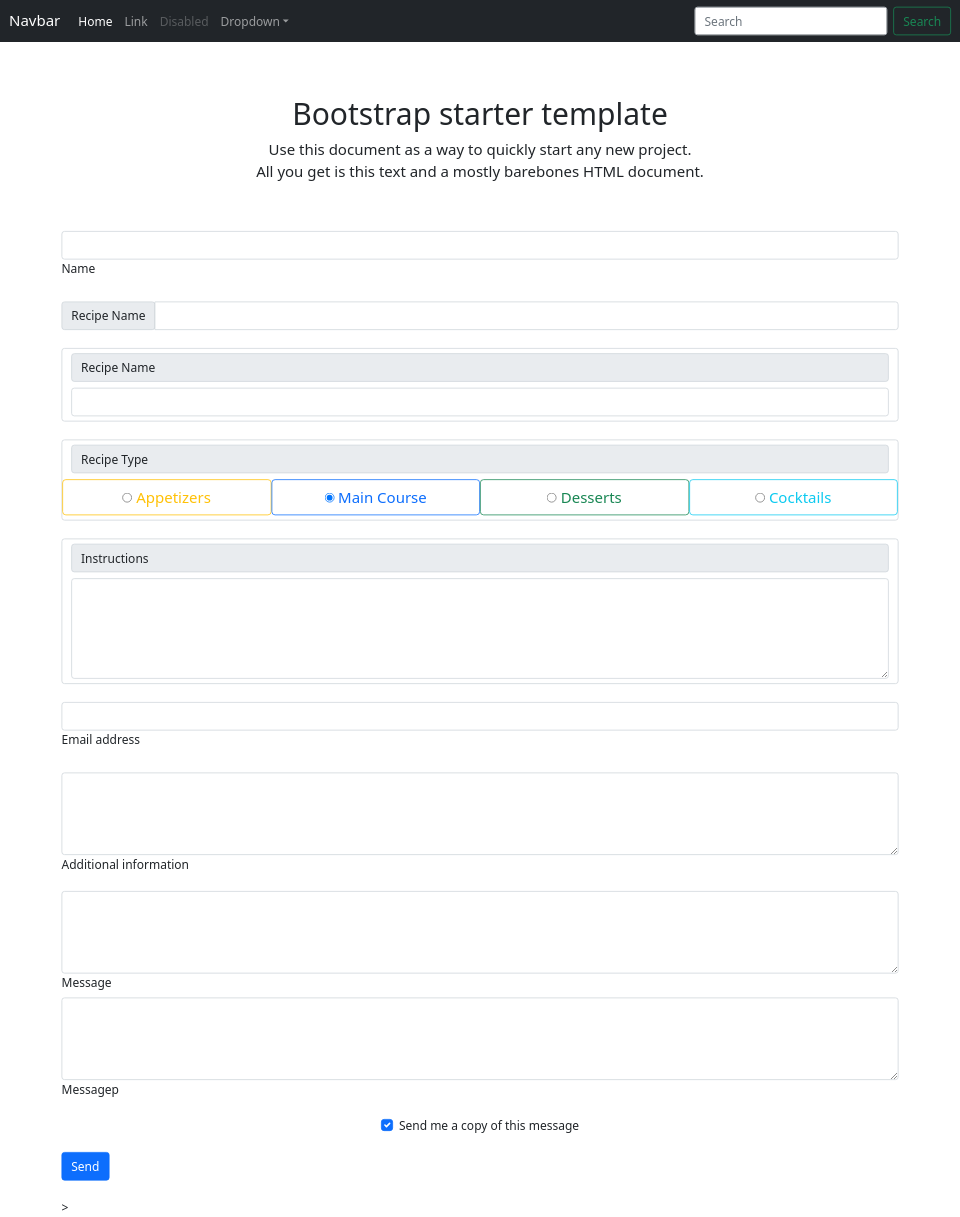
Repository: jerrywthompson/createRecipeWebpageHTML
Page: index.html
The author's editor kept a copy of each file at every save. The page is drawn from the files as they stood at one save, then again after the next save.
The browser window is 1280 px wide. The pictures show the whole page, at 75% of full size.

Above is the page before, as saved 2021-02-23 23:06:57.

### index.html
<!doctype html>
<html lang="en">
    <head>
        <meta charset="utf-8">
        <meta name="viewport" content="width=device-width, initial-scale=1">
        <meta name="description" content="">
        <meta name="author" content="Mark Otto, Jacob Thornton, and Bootstrap contributors">
        <meta name="generator" content="Hugo 0.80.0">
        <title>Starter Template · Bootstrap v5.0</title>

        <link rel="canonical" href="https://getbootstrap.com/docs/5.0/examples/starter-template/">



        <!-- Bootstrap core CSS -->
        <link href="../assets/dist/css/bootstrap.min.css" rel="stylesheet">

        <style>
            .bd-placeholder-img {
                font-size: 1.125rem;
                text-anchor: middle;
                -webkit-user-select: none;
                -moz-user-select: none;
                user-select: none;
            }

            @media (min-width: 768px) {
                .bd-placeholder-img-lg {
                    font-size: 3.5rem;
                }
            }
        </style>


        <!-- Custom styles for this template -->
        <link href="starter-template.css" rel="stylesheet">
    </head>
    <body>

        <nav class="navbar navbar-expand-md navbar-dark bg-dark fixed-top">
            <div class="container-fluid">
                <a class="navbar-brand" href="#">Navbar</a>
                <button class="navbar-toggler" type="button" data-bs-toggle="collapse" data-bs-target="#navbarsExampleDefault" aria-controls="navbarsExampleDefault" aria-expanded="false" aria-label="Toggle navigation">
                    <span class="navbar-toggler-icon"></span>
                </button>

                <div class="collapse navbar-collapse" id="navbarsExampleDefault">
                    <ul class="navbar-nav me-auto mb-2 mb-md-0">
                        <li class="nav-item">
                            <a class="nav-link active" aria-current="page" href="#">Home</a>
                        </li>
                        <li class="nav-item">
                            <a class="nav-link" href="#">Link</a>
                        </li>
                        <li class="nav-item">
                            <a class="nav-link disabled" href="#" tabindex="-1" aria-disabled="true">Disabled</a>
                        </li>
                        <li class="nav-item dropdown">
                            <a class="nav-link dropdown-toggle" href="#" id="dropdown01" data-bs-toggle="dropdown" aria-expanded="false">Dropdown</a>
                            <ul class="dropdown-menu" aria-labelledby="dropdown01">
                                <li><a class="dropdown-item" href="#">Action</a></li>
                                <li><a class="dropdown-item" href="#">Another action</a></li>
                                <li><a class="dropdown-item" href="#">Something else here</a></li>
                            </ul>
                        </li>
                    </ul>
                    <form class="d-flex">
                        <input class="form-control me-2" type="search" placeholder="Search" aria-label="Search">
                        <button class="btn btn-outline-success" type="submit">Search</button>
                    </form>
                </div>
            </div>
        </nav>



        <div class="starter-template text-center py-5 px-3">
            <h1>Bootstrap starter template</h1>
            <p class="lead">Use this document as a way to quickly start any new project.<br> All you get is this text and a mostly barebones HTML document.</p>
        </div>
        <main class="container">
            <div class="input-section">
                <fieldset class="form-group">

                    <form action="test.php" method="post">
                        <!-- Name input -->
                        <div class="form-outline mb-4">
                            <input type="text" name="recipeName" id="form4Example1" class="form-control" />
                            <label class="form-label" for="form4Example1">Name</label>
                        </div>

                        <div class="input-group mb-4">
                            <div class="input-group-prepend">
                                <span class="input-group-text" id="inputGroup-sizing-default">Recipe Name</span>
                            </div>
                            <input type="text" name="notes" class="form-control" aria-label="Default" aria-describedby="inputGroup-sizing-default">
                        </div>

                        <div class="form-control mb-4">
                            <div class="input-group-prepend mb-2">
                                <span class="input-group-text" id="inputGroup-sizing-default">Recipe Name</span>
                            </div>
                            <input type="text" name="notes" class="form-control" aria-label="Default" aria-describedby="inputGroup-sizing-default">
                        </div>

                        <div class="form-control mb-4">
                            <div class="input-group-prepend mb-2">
                                <span class="input-group-text" id="inputGroup-sizing-default">Recipe Type</span>
                            </div>
                            <div class="btn-toolbar row pl-2">
                                <label class="btn btn-outline-warning btn-lg col-md-3">
                                    <input type="radio" name="recipeType" id="appetizers" value="appetizers" autocomplete="off" > Appetizers
                                </label>
                                <label class="btn btn-outline-primary btn-lg col-md-3">
                                    <input type="radio" name="recipeType" id="main_course" value="main_course" autocomplete="off" checked> Main Course
                                </label>
                                <label class="btn btn-outline-success btn-lg col-md-3">
                                    <input type="radio" name="recipeType" id="desserts" value="desserts" autocomplete="off"> Desserts
                                </label>
                                <label class="btn btn-outline-info btn-lg col-md-3">
                                    <input type="radio" name="recipeType" id="cocktails" value="cocktails" autocomplete="off"> Cocktails
                                </label>
                            </div>
                        </div>

                        <div class="form-control mb-4">
                            <div class="input-group-prepend mb-2">
                                <span class="input-group-text">Instructions</span>
                            </div>
                            <textarea class="form-control" name="instrucions" id="instrucions" rows="5"></textarea>
                        </div>

                        <!-- Email input -->
                        <div class="form-outline mb-4">
                            <input type="email" id="form4Example2" class="form-control" />
                            <label class="form-label" for="form4Example2">Email address</label>
                        </div>

                        <div class="form-outline mb-4">
                            <textarea class="form-control" id="form6Example7" rows="4"></textarea>
                            <label class="form-label-prepend" >Additional information</label>
                        </div>

                        <div class="form-outline">
                            <textarea class="form-control" id="textAreaExample" rows="4"></textarea>
                            <label class="form-label" for="textAreaExample">Message</label>
                          </div>

                        <!-- Message input -->
                        <div class="form-outline mb-4">
                            <textarea class="form-control" name="comments" id="form4Example3" rows="4"></textarea>
                            <label class="form-label-prepend" for="form4Example3">Messagep</label>
                        </div>

                        <!-- Checkbox -->
                        <div class="form-check d-flex justify-content-center mb-4">
                            <input
                                class="form-check-input me-2"
                                type="checkbox"
                                value=""
                                id="form4Example4"
                                checked
                                />
                            <label class="form-check-label" for="form4Example4">
                                Send me a copy of this message
                            </label>
                        </div>

                        <!-- Submit button -->
                        <button type="submit" class="btn btn-primary btn-block mb-4">Send</button>
                    </form>

</fieldset>>




                    <script src="../assets/dist/js/bootstrap.bundle.min.js"></script>


                    </body>
                    </html>
                    <a href="../flask_db4/flaskblog/templates/create_post.html"></a>

Loaded but not shown: assets/dist/css/bootstrap.min.css (library); starter-template.css (common file); assets/dist/js/bootstrap.bundle.min.js (library)

After the next save:
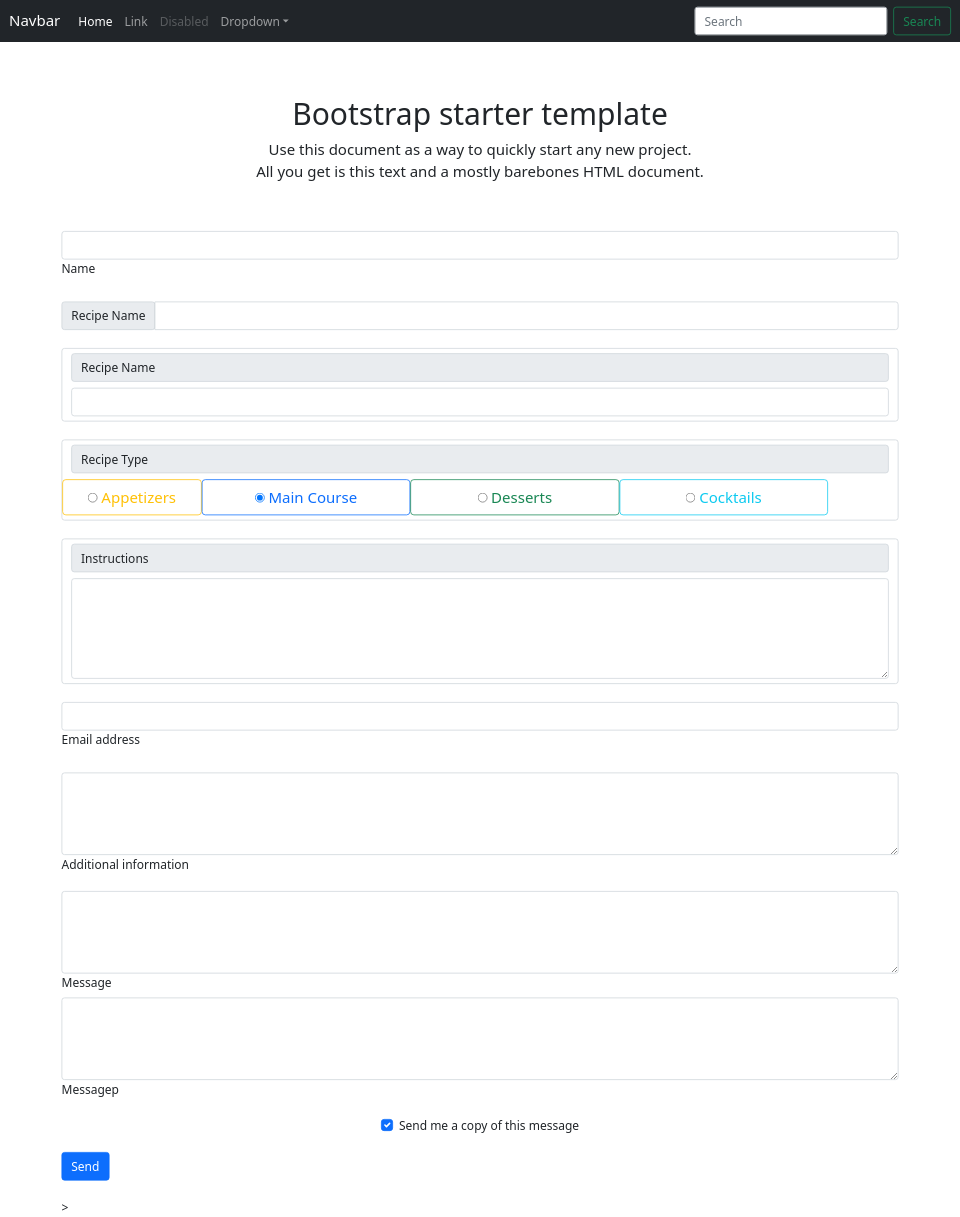
Saved 32 s later.
--- a/index.html
+++ b/index.html
@@ -107,8 +107,8 @@
                             <div class="input-group-prepend mb-2">
                                 <span class="input-group-text" id="inputGroup-sizing-default">Recipe Type</span>
                             </div>
-                            <div class="btn-toolbar row pl-2">
-                                <label class="btn btn-outline-warning btn-lg col-md-3">
+                            <div class="btn-toolbar row">
+                                <label class="btn btn-outline-warning btn-lg col-md-2">
                                     <input type="radio" name="recipeType" id="appetizers" value="appetizers" autocomplete="off" > Appetizers
                                 </label>
                                 <label class="btn btn-outline-primary btn-lg col-md-3">

After the 3 saves that followed:
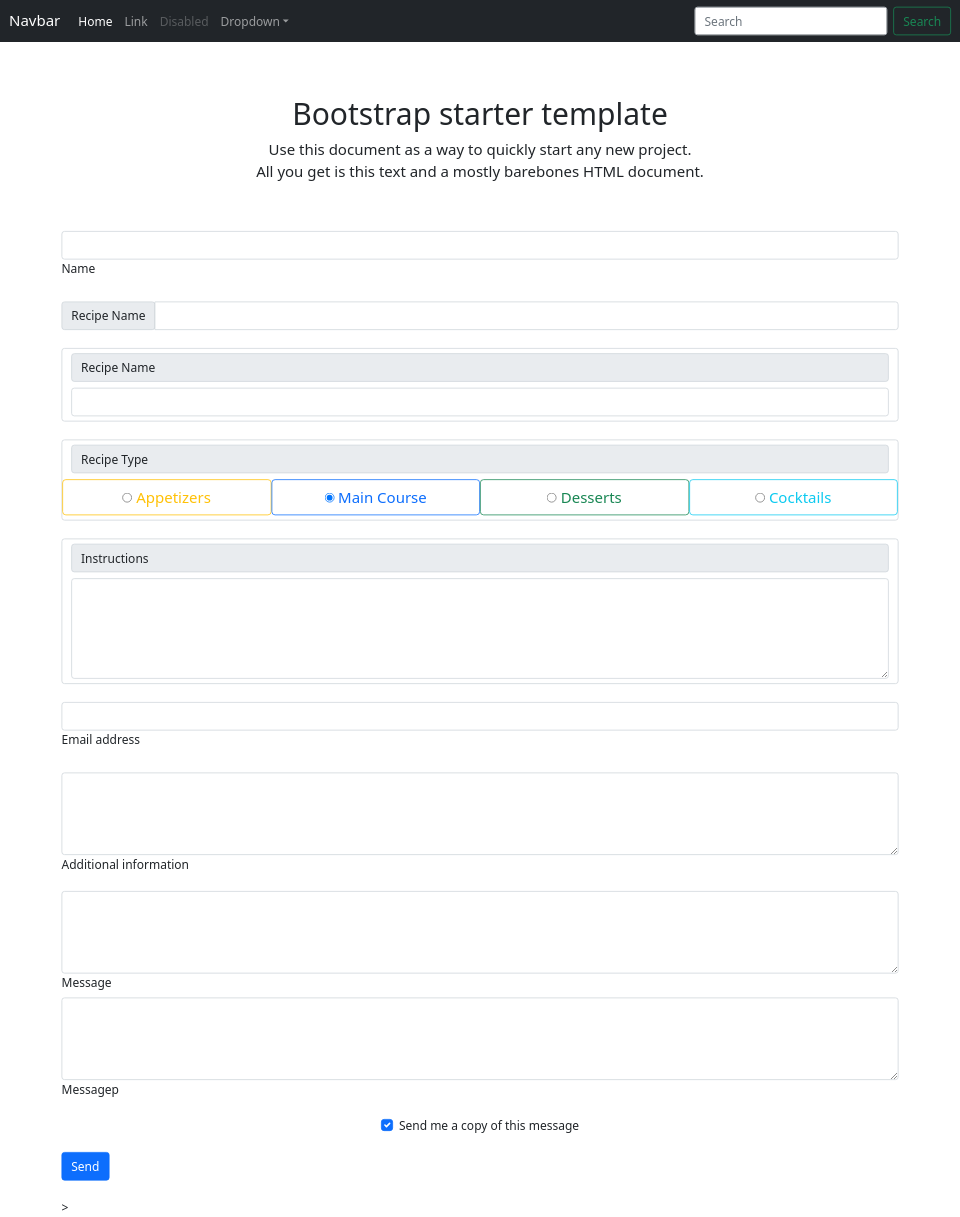
The 3 saves are shown as one change because 2 left the picture as it was.
The last was saved 78 s later.
--- a/index.html
+++ b/index.html
@@ -108,16 +108,16 @@
                                 <span class="input-group-text" id="inputGroup-sizing-default">Recipe Type</span>
                             </div>
                             <div class="btn-toolbar row">
-                                <label class="btn btn-outline-warning btn-lg col-md-2">
+                                <label class="btn btn-outline-warning btn-lg col-lg-3">
                                     <input type="radio" name="recipeType" id="appetizers" value="appetizers" autocomplete="off" > Appetizers
                                 </label>
-                                <label class="btn btn-outline-primary btn-lg col-md-3">
+                                <label class="btn btn-outline-primary btn-lg col-lg-3">
                                     <input type="radio" name="recipeType" id="main_course" value="main_course" autocomplete="off" checked> Main Course
                                 </label>
-                                <label class="btn btn-outline-success btn-lg col-md-3">
+                                <label class="btn btn-outline-success btn-lg col-lg-3">
                                     <input type="radio" name="recipeType" id="desserts" value="desserts" autocomplete="off"> Desserts
                                 </label>
-                                <label class="btn btn-outline-info btn-lg col-md-3">
+                                <label class="btn btn-outline-info btn-lg col-lg-3">
                                     <input type="radio" name="recipeType" id="cocktails" value="cocktails" autocomplete="off"> Cocktails
                                 </label>
                             </div>
